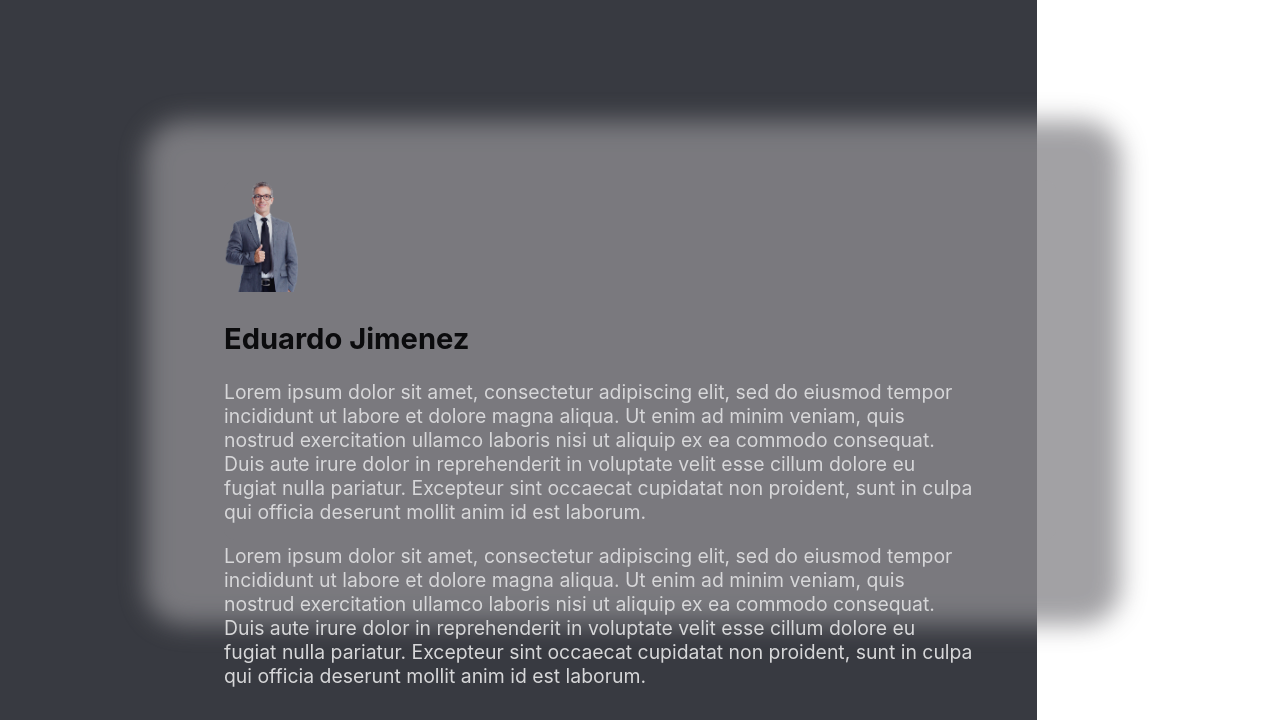
Repository: l8nightswithJS/react-my-portfolio
Page: /
These files come from the project's save history. The page is drawn as it stood at one moment and after the next save; the edit follows.
The browser window is 1280 px wide. The pictures show the whole page.
The project was rebuilt for these pictures with package versions that can differ from the ones it lists, and the page was loaded fresh each time.

Above is the page before, as saved 2021-04-29 13:12:09.

After the next save:
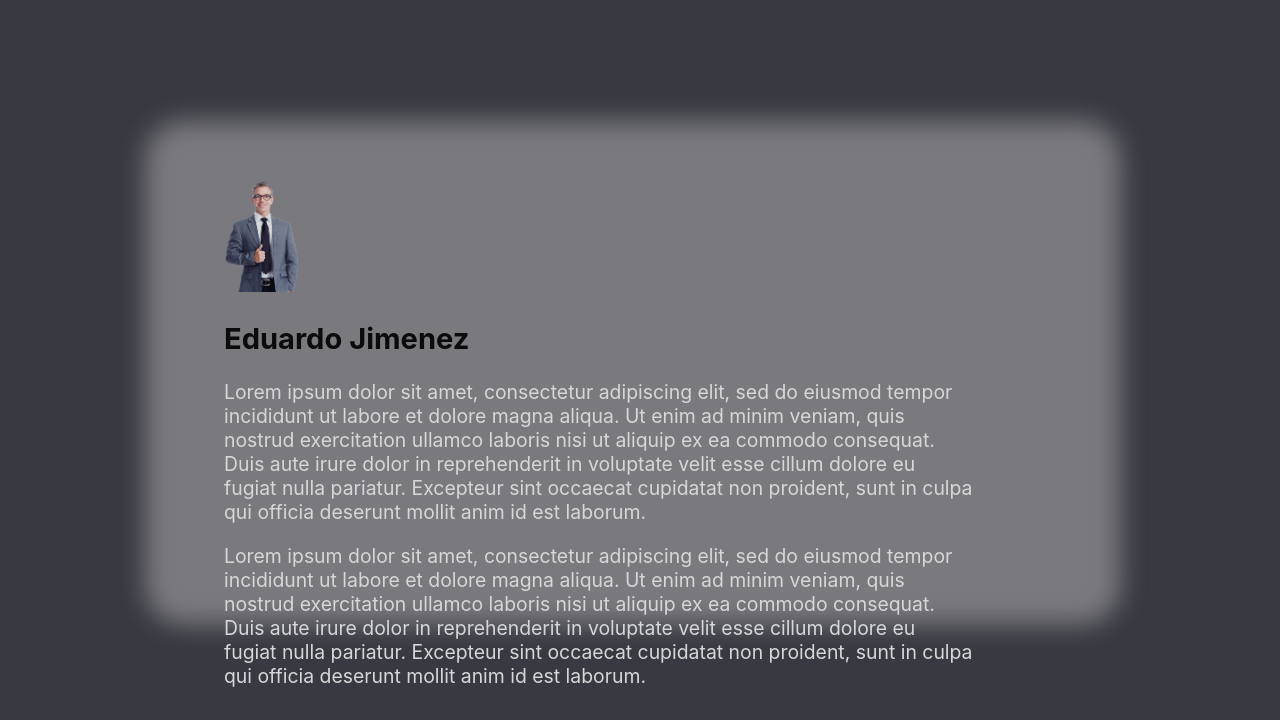
Saved 23 s later.
--- a/src/App.css
+++ b/src/App.css
@@ -21,7 +21,7 @@ section {
   border-radius: 1.5vh;
 }
 
-div {
+section div {
   max-width: 90%;
   max-height: 90%;
 }
